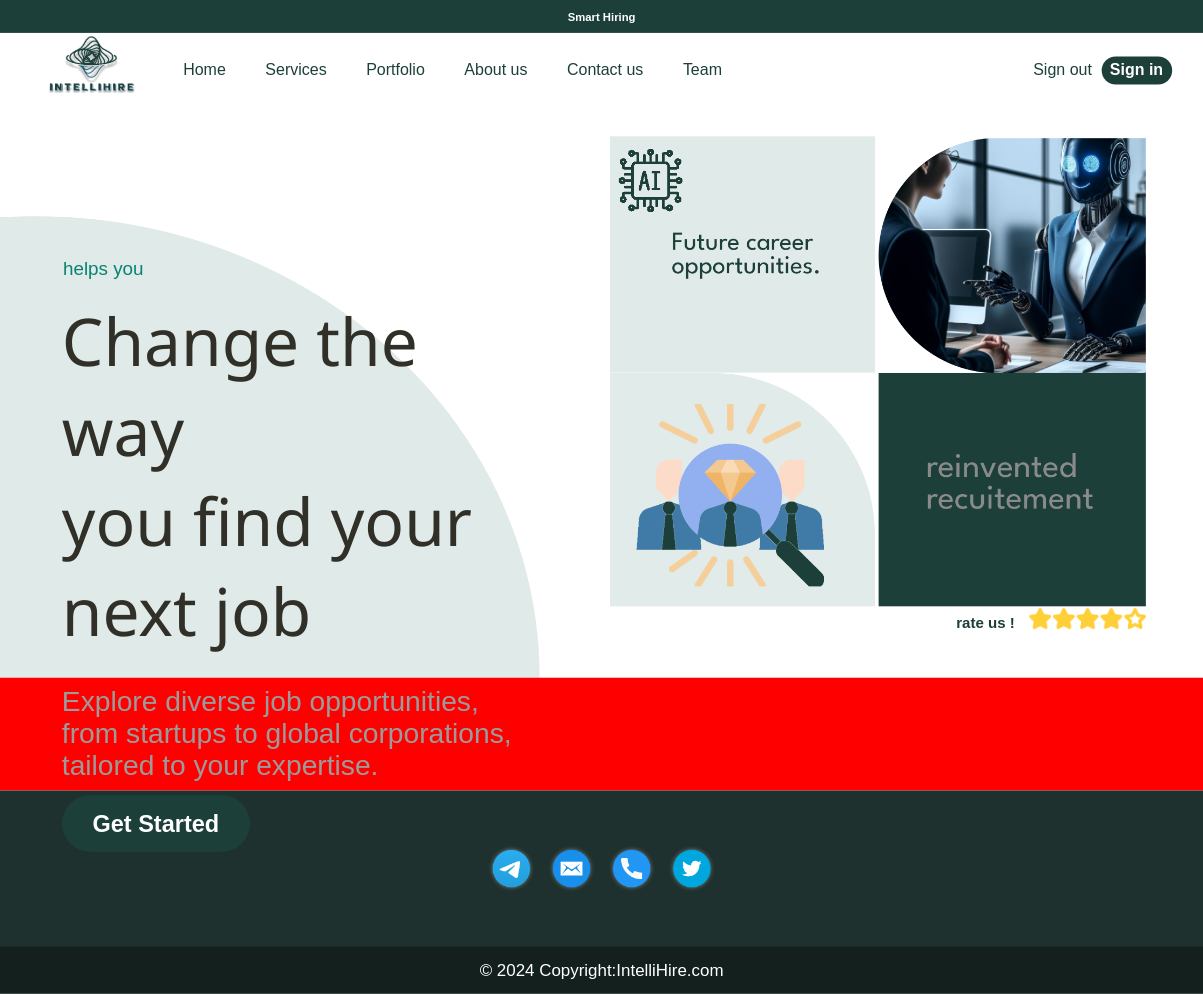
Repository: arijkl/Projet-PFA
Page: HomePage.html
These files come from the project's save history. The page is drawn as it stood at one moment and after the next save; the edit follows.
The browser window is 1280 px wide. The pictures show the whole page, at 94% of full size.

Above is the page before, as saved 2024-04-22 00:21:44.

After the next save:
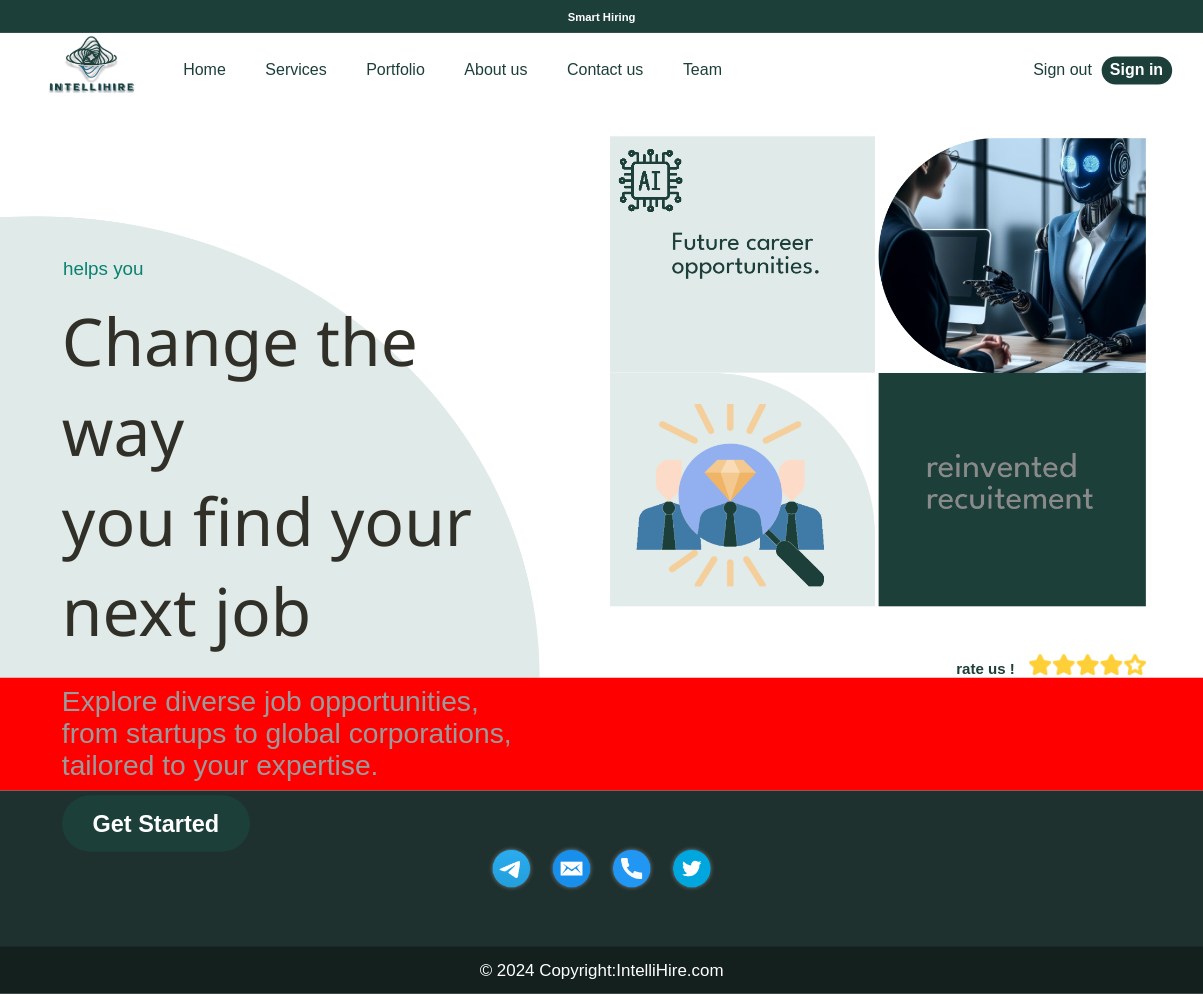
Saved 13 s later.
--- a/HomePage.css
+++ b/HomePage.css
@@ -174,7 +174,7 @@
     justify-content: space-around;
     align-items:flex-end;
     gap:15px;
-    margin-bottom:24%;
+    margin-bottom:%;
     font-weight:bold;
 }
 /*      left content           */

After the save that followed:
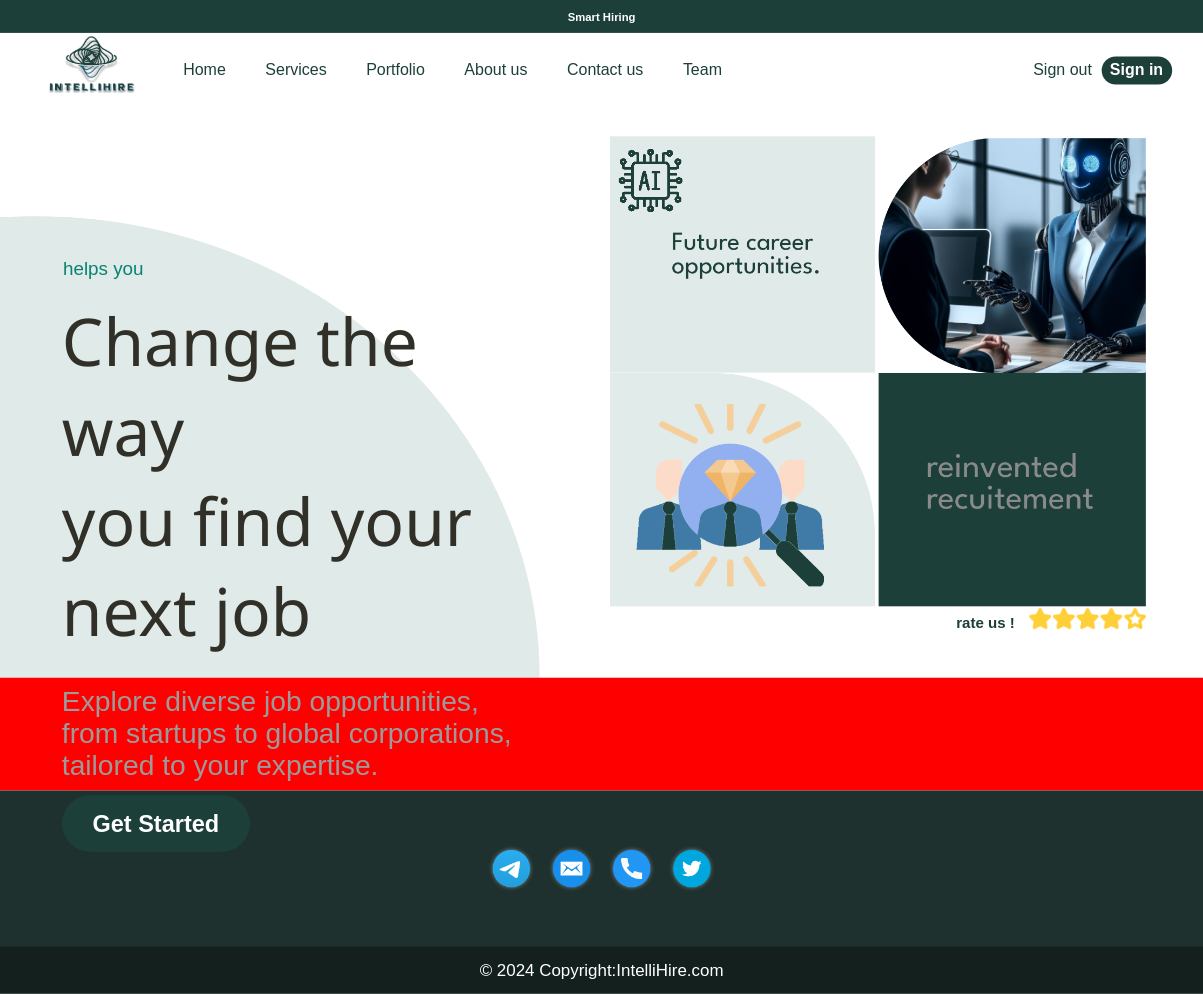
Saved 24 s later.
--- a/HomePage.css
+++ b/HomePage.css
@@ -174,7 +174,7 @@
     justify-content: space-around;
     align-items:flex-end;
     gap:15px;
-    margin-bottom:%;
+    margin-bottom:10%;
     font-weight:bold;
 }
 /*      left content           */
